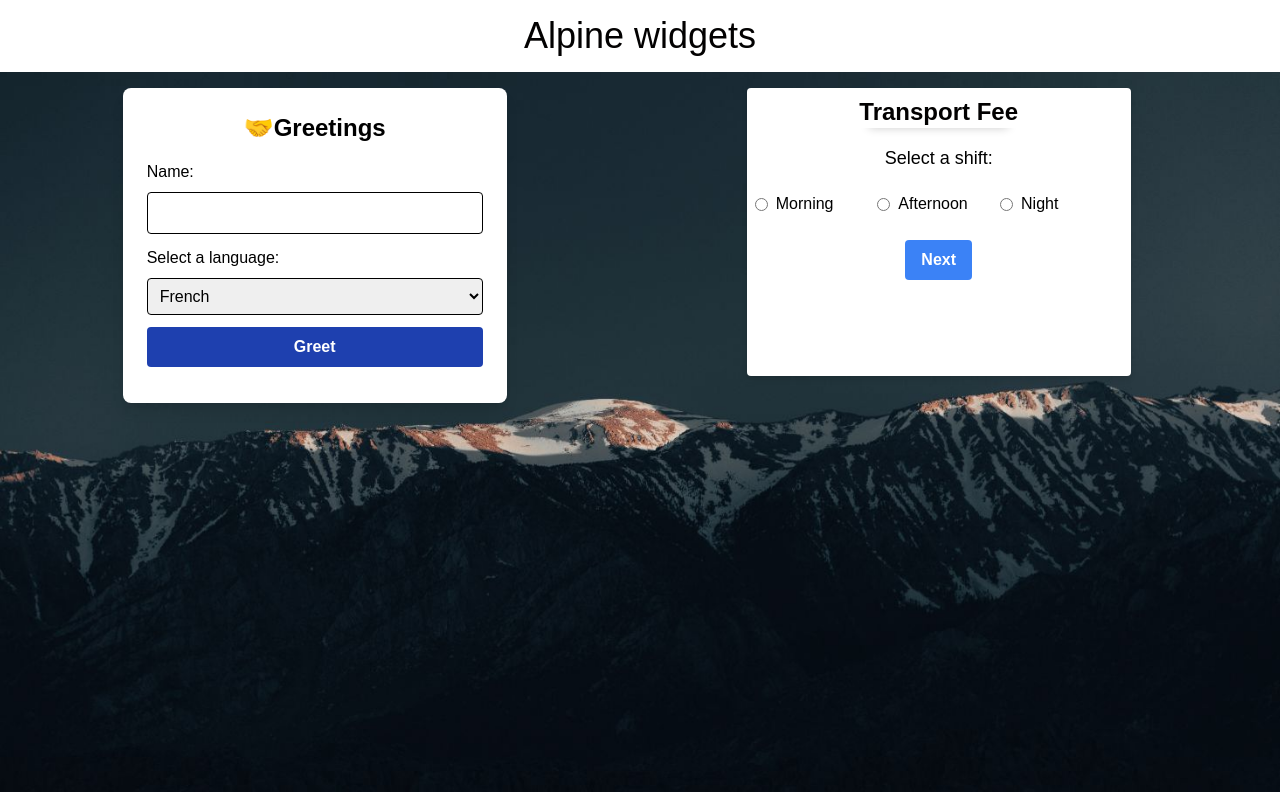
Repository: lasity34/alpine-bootcamp-widgets
Page: index.html
These files come from the project's save history. The page is drawn as it stood at one moment and after the next save; the edit follows.
The browser window is 1280 px wide. The pictures show the whole page.
Some web fonts or font styles are not loaded; a fallback is used. Some web libraries are served in a nearby version.

Above is the page before, as saved 2023-07-12 15:51:41.
Console error: ReferenceError: shift is not defined

### index.html
<!DOCTYPE html>
<html lang="en">
  <head>
    <meta charset="UTF-8" />
    <meta name="viewport" content="width=device-width, initial-scale=1.0" />
    <title>Alpine bootcamp widgets</title>
    <script src="https://unpkg.com/alpinejs@3.2.2" defer></script>

    <link
      href="https://cdn.jsdelivr.net/npm/tailwindcss@2.1.2/dist/tailwind.min.css"
      rel="stylesheet"
    />
    <link rel="preconnect" href="https://fonts.googleapis.com" />
    <link rel="preconnect" href="https://fonts.gstatic.com" crossorigin />
    <link
      href="https://fonts.googleapis.com/css2?family=Titillium+Web:ital@0;1&family=Tsukimi+Rounded:wght@300;400;500&display=swap"
      rel="stylesheet"
    />
    <link rel="stylesheet" href="./style.css" />
  </head>
  <body>
    <h1 class="text-4xl text-center mt-4 pb-4">Alpine widgets</h1>
    <div class="widget_container flex justify-around items-start h-screen">
      <section x-data="greet" class="w-1/3" >
        <div class="bg-white rounded-lg shadow-lg p-6 m-4 max-w-sm">
          <h2 class="text-2xl text-center font-bold mb-4">🤝Greetings</h2>
          <p
            class="mt-3 text-red-600 text-xl text-center"
            x-text="notification"
            x-show.transition="showNotification"
            x-transition:leave="transition ease-in duration-1000"
            x-transition:leave-start="opacity-100"
            x-transition:leave-end="opacity-0"
          ></p>
          <div>
            <label>Name:</label>
            <input
              type="text"
              x-model="name"
              class="border border-black p-2 mt-2 rounded w-full"
            />

            <label class="mt-3 block">Select a language:</label>
            <select
              x-model="language"
              class="border border-black mt-2 p-2 rounded w-full"
            >
              <option value="French">French</option>
              <option value="English">English</option>
              <option value="Spanish">Spanish</option>
            </select>
            <div class="flex justify-center flex-col">
              <button
                @click="validateInput() & greeting()"
                class="text-center mt-3 bg-blue-800 hover:bg-blue-900 text-white font-bold py-2 px-4 rounded"
              >
                Greet
              </button>

              <p
                class="mt-3 text-purple-700 text-2xl text-center"
                x-text="message"
              ></p>
            </div>
          </div>
        </div>
      </section>
      <section
      class="w-1/3 "
        x-data="transportFee"
      >
      <div class="flex flex-col items-center bg-white max-w-sm mt-4 h-72 p-2 rounded shadow-md">
        <h1 class="text-2xl font-bold mb-4">Transport Fee</h1>

        <label class="text-lg mb-5">Select a shift:</label>
        <div class="flex justify-between w-full">


        <div class="flex items-center mb-2 w-1/3">
          <input
            type="radio"
            id="morning"
            name="shift"
            x-model="shift"
            value="morning"
            class="mr-2"
          />
          <label for="morning">Morning</label>
        </div>

        <div class="flex items-center mb-2 w-1/3">
          <input
            type="radio"
            id="afternoon"
            name="shift"
            x-model="shift"
            value="afternoon"
            class="mr-2"
          />
          <label for="afternoon">Afternoon</label>
        </div>

        <div class="flex items-center mb-2 w-1/3">
          <input
            type="radio"
            id="night"
            name="shift"
            x-model="shift"
            value="night"
            class="mr-2"
          />
          <label for="night">Night</label>
        </div>
      </div>
        <button
          @click="validate()"
          class="mt-4 bg-blue-500 hover:bg-blue-700 text-white font-bold py-2 px-4 rounded"
        >
          Next
        </button>
        </div>
      </section>
    </div>

    <script src="./greet.js"></script>
    <script src="./transportFee.js"></script>
  </body>
</html>

### style.css
body {


    font-family: 'Tsukimi Rounded', sans-serif;
}

h1 {
    box-shadow: 0 10px 10px -10px rgba(0,0,0,0.2);
    font-family: 'Tsukimi Rounded', sans-serif;
    color: #020101;
}

.widget_container {
    background-image: url(./background.jpg);
    background-repeat: no-repeat;
    background-size: cover;
    background-position: center;
}

### greet.js


function greet() {
  return {
    name: '',
    language: 'French',
    message: '',
    notification: '',
    showNotification: false,
    greeting() {
      if (!this.validateInput()) {
        return;
      }
      if (this.language === 'English') {
        this.message = `🇬🇧 Hello ${this.name} 🇬🇧`
      } else if (this.language === 'French') {
        this.message = `🇫🇷 Bonjour ${this.name} 🇫🇷`
      } else if (this.language === 'Spanish') {
        this.message = `🇪🇸 Hola ${this.name} 🇪🇸`
      }
      this.name = ''
    },
    validateInput() {
      let regex = /^[a-zA-Z]+$/;  // Regex for letters and spaces only
      if (!this.name) {
        this.notify('Please type in a name');
        return false;
      }
      if (!regex.test(this.name)) {
        this.notify('Please don\'t use special characters');
        this.name = ''
        return false;
      }

      return true;
    },
    notify(msg) {
      this.notification = msg;
      this.showNotification = true;
      setTimeout(() => this.showNotification = false, 3000);
    }
  }
}



document.addEventListener("alpine:init", () => {
    Alpine.data("greet", greet);
  });

### transportFee.js
function transportFee() {
    return {

    }
}




document.addEventListener("alpine:init", () => {
    Alpine.data("transportFee", transportFee);
  });

After the next save:
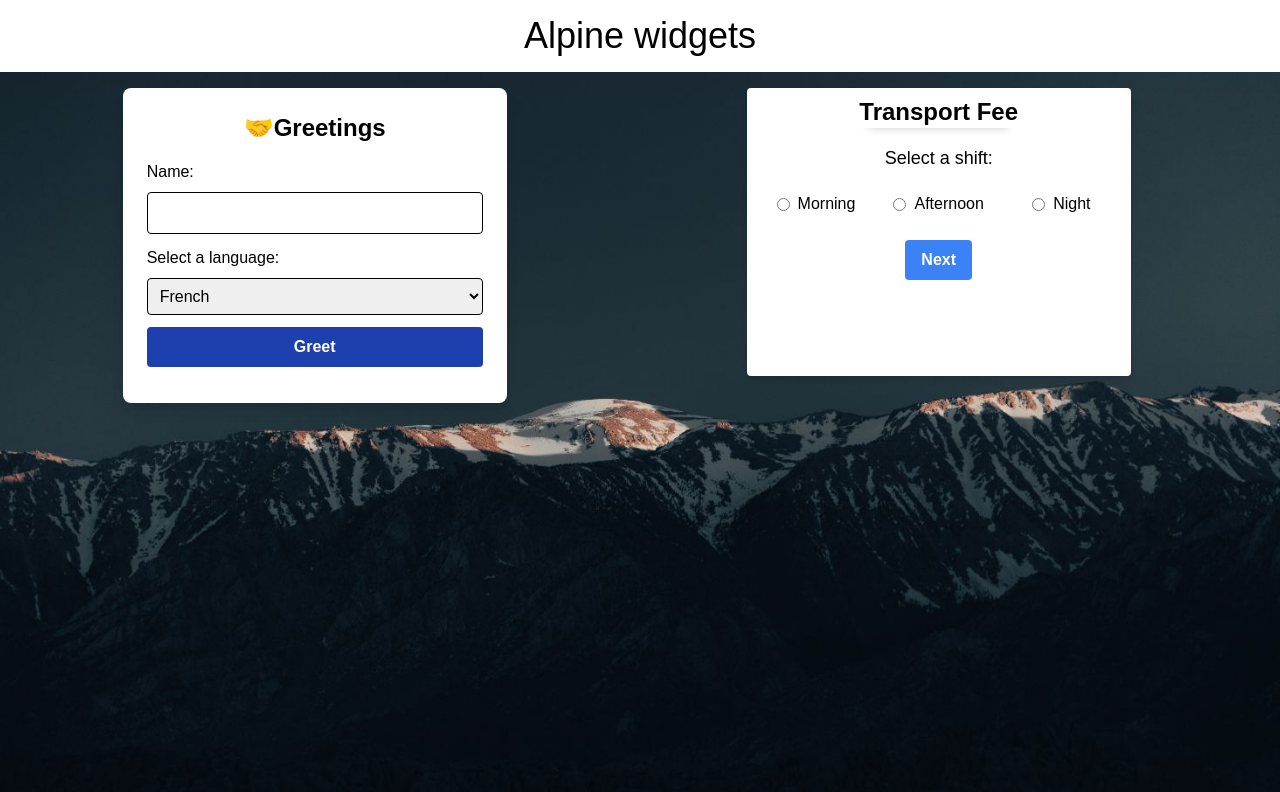
Saved 75 s later.
--- a/index.html
+++ b/index.html
@@ -76,7 +76,7 @@
         <div class="flex justify-between w-full">
 
 
-        <div class="flex items-center mb-2 w-1/3">
+        <div class="flex items-center justify-center mb-2 w-1/3">
           <input
             type="radio"
             id="morning"
@@ -88,7 +88,7 @@
           <label for="morning">Morning</label>
         </div>
 
-        <div class="flex items-center mb-2 w-1/3">
+        <div class="flex items-center justify-center mb-2 w-1/3">
           <input
             type="radio"
             id="afternoon"
@@ -100,7 +100,7 @@
           <label for="afternoon">Afternoon</label>
         </div>
 
-        <div class="flex items-center mb-2 w-1/3">
+        <div class="flex items-center justify-center mb-2 w-1/3">
           <input
             type="radio"
             id="night"
